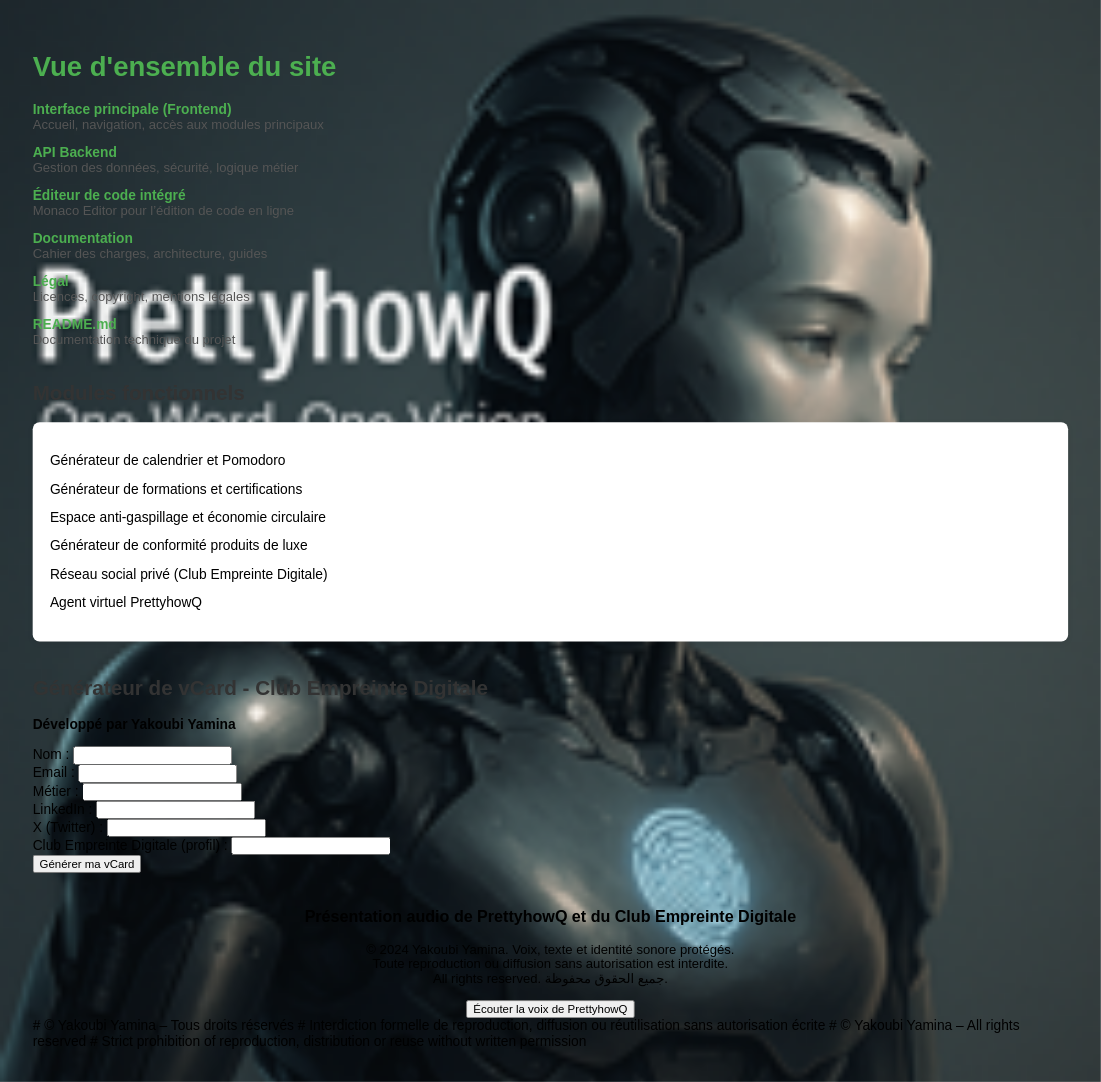
Repository: PrettyhowQ/yakoubi_yamina_CED
Page: <!DOCTYPE html>.html
The author's editor kept a copy of each file at every save. The page is drawn from the files as they stood at one save, then again after the next save.
The browser window is 1280 px wide. The pictures show the whole page, at 86% of full size.
Backgrounds fixed to the window are drawn as part of the page.

Above is the page before, as saved 2025-05-21 18:29:13.

### <!DOCTYPE html>.html
<!DOCTYPE html>
<html lang="fr">
<head>
  <meta charset="UTF-8">
  <title>Vue d'ensemble - CEDPro / PrettyhowQ Learn Pro</title>
  <style>
    body { font-family: Arial, sans-serif; background: #f4f4f4; padding: 30px; }
    h1 { color: #4CAF50; }
    ul { list-style: none; padding: 0; }
    li { margin: 15px 0; }
    a { color: #4CAF50; text-decoration: none; font-weight: bold; }
    a:hover { text-decoration: underline; }
    .desc { color: #555; font-size: 0.95em; }
    h2 { margin-top: 40px; color: #333; }
    .modules { background: #fff; border-radius: 8px; padding: 20px; box-shadow: 0 2px 8px #0001; }
    body {
      background: url('PrettyhowQ_logo.png') no-repeat center center fixed;
      background-size: cover;
    }
  </style>
</head>
<body>
  <h1>Vue d'ensemble du site</h1>
  <ul>
    <li>
      <a href="./frontend/index.html" target="_blank">Interface principale (Frontend)</a>
      <div class="desc">Accueil, navigation, accès aux modules principaux</div>
    </li>
    <li>
      <a href="./backend/" target="_blank">API Backend</a>
      <div class="desc">Gestion des données, sécurité, logique métier</div>
    </li>
    <li>
      <a href="./editor-core/" target="_blank">Éditeur de code intégré</a>
      <div class="desc">Monaco Editor pour l’édition de code en ligne</div>
    </li>
    <li>
      <a href="./docs/" target="_blank">Documentation</a>
      <div class="desc">Cahier des charges, architecture, guides</div>
    </li>
    <li>
      <a href="./legal/" target="_blank">Légal</a>
      <div class="desc">Licences, copyright, mentions légales</div>
    </li>
    <li>
      <a href="./README.md" target="_blank">README.md</a>
      <div class="desc">Documentation technique du projet</div>
    </li>
  </ul>
  <h2>Modules fonctionnels</h2>
  <div class="modules">
    <ul>
      <li>Générateur de calendrier et Pomodoro</li>
      <li>Générateur de formations et certifications</li>
      <li>Espace anti-gaspillage et économie circulaire</li>
      <li>Générateur de conformité produits de luxe</li>
      <li>Réseau social privé (Club Empreinte Digitale)</li>
      <li>Agent virtuel PrettyhowQ</li>
    </ul>
  </div>
  <h2>Générateur de vCard - Club Empreinte Digitale</h2>
  <p style="font-weight:bold;">Développé par Yakoubi Yamina</p>
  <form method="post">
    Nom : <input name="name" required><br>
    Email : <input name="email" required><br>
    Métier : <input name="job"><br>
    LinkedIn : <input name="linkedin"><br>
    X (Twitter) : <input name="twitter"><br>
    Club Empreinte Digitale (profil) : <input name="club_profile"><br>
    <button type="submit">Générer ma vCard</button>
  </form>
  <section style="text-align:center; margin-top:40px;">
    <h3>Présentation audio de PrettyhowQ et du Club Empreinte Digitale</h3>
    <audio id="voice" src="static/presentation_prettyhowq.mp3"></audio>
    <p style="margin-top:10px; font-size:0.95em;">
      © 2024 Yakoubi Yamina. Voix, texte et identité sonore protégés.<br>
      Toute reproduction ou diffusion sans autorisation est interdite.<br>
      All rights reserved. جميع الحقوق محفوظة.
    </p>
    <button onclick="parler()">Écouter la voix de PrettyhowQ</button>
  </section>
  <script>
    function parler() {
      const audio = document.getElementById("voice");
      audio.play();
    }
  </script>
</body>
</html>

# © Yakoubi Yamina – Tous droits réservés
# Interdiction formelle de reproduction, diffusion ou réutilisation sans autorisation écrite
# © Yakoubi Yamina – All rights reserved
# Strict prohibition of reproduction, distribution or reuse without written permission

After the next save:
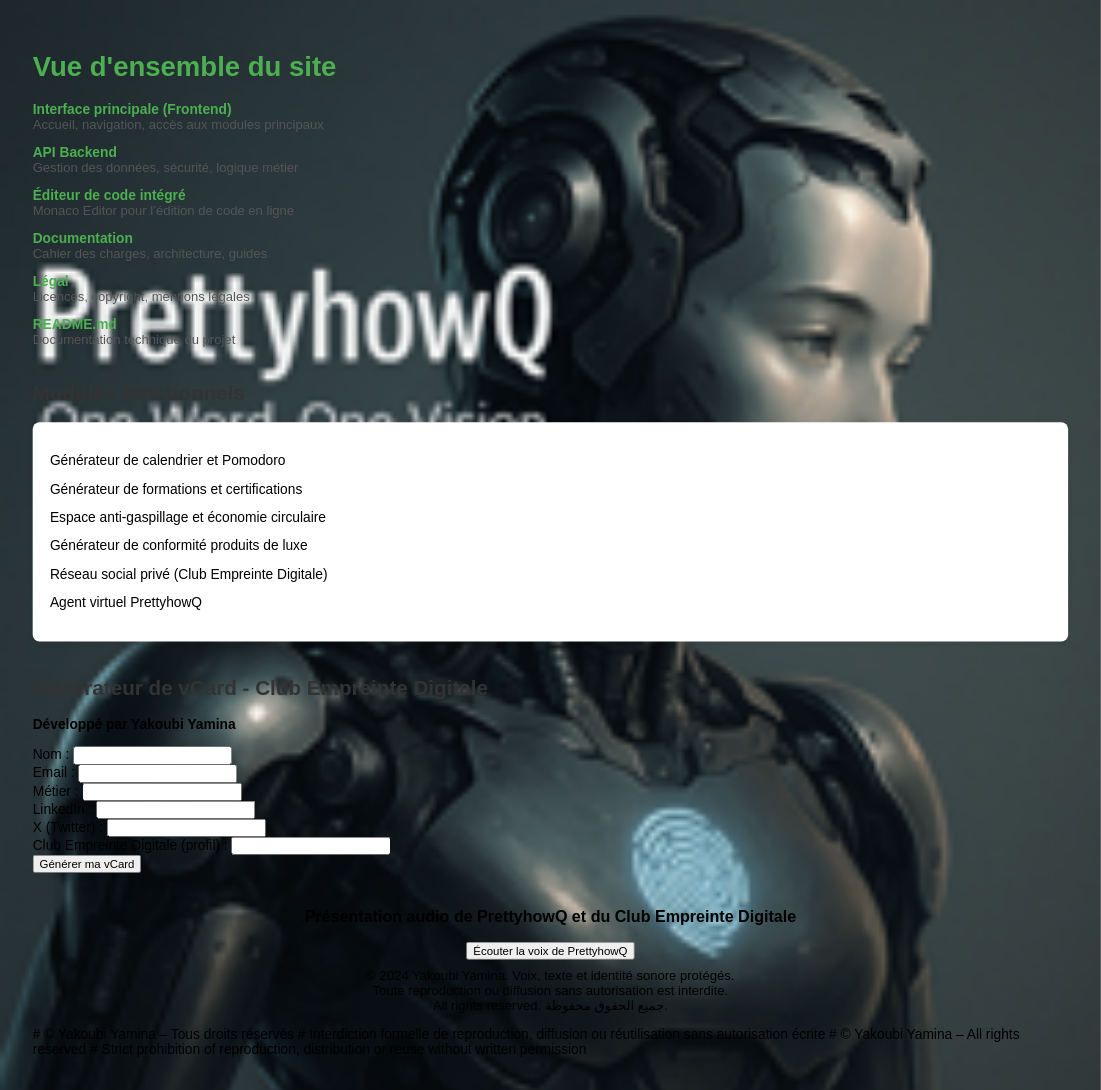
Saved 17 s later.
--- a/<!DOCTYPE html>.html
+++ b/<!DOCTYPE html>.html
@@ -71,13 +71,13 @@
   </form>
   <section style="text-align:center; margin-top:40px;">
     <h3>Présentation audio de PrettyhowQ et du Club Empreinte Digitale</h3>
+    <button onclick="parler()">Écouter la voix de PrettyhowQ</button>
     <audio id="voice" src="static/presentation_prettyhowq.mp3"></audio>
     <p style="margin-top:10px; font-size:0.95em;">
       © 2024 Yakoubi Yamina. Voix, texte et identité sonore protégés.<br>
       Toute reproduction ou diffusion sans autorisation est interdite.<br>
       All rights reserved. جميع الحقوق محفوظة.
     </p>
-    <button onclick="parler()">Écouter la voix de PrettyhowQ</button>
   </section>
   <script>
     function parler() {
